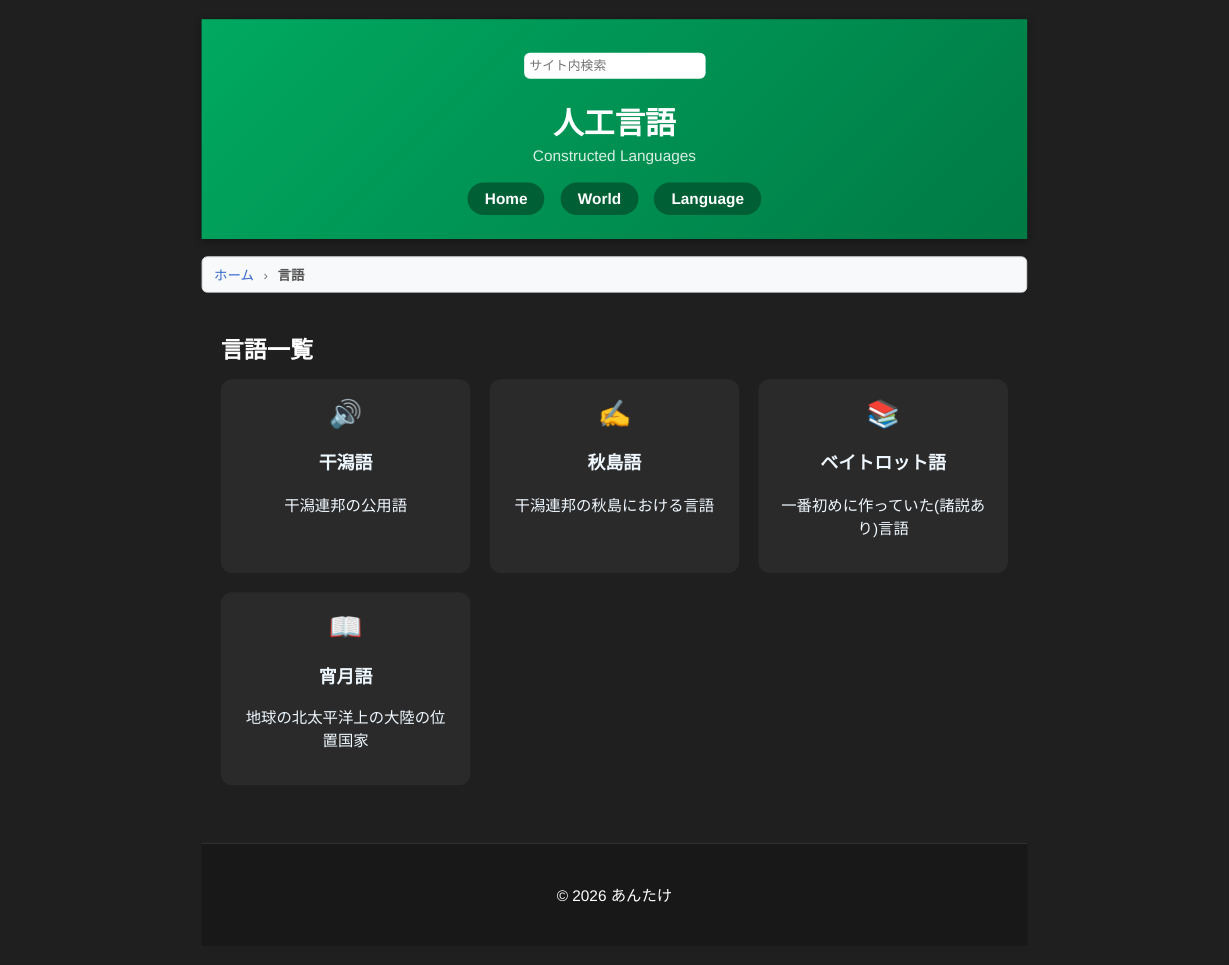
Repository: Player5270-antake/Player5270-antake.github.io
Page: language/index.html
An editor plug-in stored every save of this project. The page is shown before and after the next save, followed by the edit.
The browser window is 1280 px wide. The pictures show the whole page, at 96% of full size.

Above is the page before, as saved 2026-03-09 09:14:10.

### language/index.html
<!DOCTYPE html>
<html lang="ja">
<head>
    <meta charset="UTF-8">
    <meta name="viewport" content="width=device-width, initial-scale=1.0">
    <title>人工言語 | あんたけのガレージセンター</title>
    <link rel="stylesheet" href="../css/base.css">
    <link rel="stylesheet" href="../css/layout.css">
    <link rel="stylesheet" href="../css/header.css">
    <link rel="stylesheet" href="../css/mainpage.css">
</head>

<body>
    <div class="container">
        <header>
            <div class="search-box">
                <input type="text" id="searchInput" placeholder="サイト内検索">
                <div id="searchResults"></div>
            </div>
            <h1>人工言語</h1>
            <p>Constructed Languages</p>
            <nav class="header-nav">
                <a href="../">Home</a>
                <a href="../world/">World</a>
                <a href="index.html">Language</a>
            </nav>
        </header>
        <nav class="breadcrumb">
            <a href="../">ホーム</a>
            <span class="sep">›</span>
            <span class="current">言語</span>
        </nav>
        <main>
            <h2>言語一覧</h2>
            <div class="cards">
            <a href="hagalen/" class="card">
                <div class="card-icon">🔊</div>
                <h3>干潟語</h3>
                <p>干潟連邦の公用語</p>
            </a>
            <a href="akshalen/" class="card">
                <div class="card-icon">✍️</div>
                <h3>秋島語</h3>
                <p>干潟連邦の秋島における言語</p>
            </a>
            <a href="beytrotten/" class="card">
                <div class="card-icon">📚</div>
                <h3>ベイトロット語</h3>
                <p>一番初めに作っていた(諸説あり)言語</p>
            </a>
            <a href="yoizkel/" class="card">
                <div class="card-icon">📖</div>
                <h3>宵月語</h3>
                <p>地球の北太平洋上の大陸の位置国家</p>
            </a>
        </div>
        </main>
        <footer>
            <p>© 2026 あんたけ</p>
        </footer>
    </div>
    <script src="../javascript/main.js" defer></script>
    <script src="../javascript/search-data.js"></script>
    <script src="../javascript/search.js"></script>
</body>
</html>

### css/base.css
/* リセット・基本 */
*{
    box-sizing:border-box;
}

body{
    background-color:#1f1f1f;
    color:white;
    font-family:'Helvetica Neue','Helvetica','Arial',sans-serif;
    margin:0;
}

html{
    scroll-behavior:smooth;
}

.container{
    max-width:900px;
    margin:0 auto;
    padding:20px;
}

/* 見出し */
h2{
    margin-bottom:10px;
}

/* セクション */
section{
    margin-bottom:30px;
}

/*検索ボックス*/
.search-box{
    position:relative;
    margin-top:10px;
}

#searchInput{
    padding:6px;
    border-radius:6px;
    border:none;
}

#searchResults{
    position:absolute;
    background:#2a2a2a;
    width:200px;
    border-radius:6px;
    margin-top:4px;
}

#searchResults div{
    padding:6px;
}

#searchResults a{
    color:white;
    text-decoration:none;
}

/*スマホ対応*/
@media (max-width: 600px){

    header{
        padding:15px 10px;
    }

    header h1{
        font-size:22px;
    }

    .tagline{
        font-size:12px;
    }

    .header-nav a{
        display:block;
        margin:8px auto;
        width:120px;
    }

    main{
        padding:15px;
    }

    .breadcrumb{
        font-size:12px;
        padding:8px;
    }

    }

### css/layout.css
/* メイン */
main{
    max-width:900px;
    margin:auto;
    padding:20px;
    background-color:#1f1f1f;
}

/* フッター */
footer{
    margin-top:40px;
    padding:25px;
    text-align:center;
    background:#181818;
    border-top:1px solid #333;
}

.footer-nav{
    margin-top:10px;
}

.footer-nav a{
    text-decoration:none;
    color:#aaa;
    margin:0 10px;
}

.footer-nav a:hover{
    color:white;
}

/* スクロールバー */
.progress-bar{
    position:fixed;
    top:0;
    left:0;
    width:100%;
    height:4px;
    background:#2a2a2a;
    z-index:2000;
}

.progress{
    height:100%;
    width:0%;
    background:#4a90e2;
    transition:width 0.1s;
}

/*パンくずリスト*/
.breadcrumb {
    font-size: 14px;
    padding: 8px 12px;
    background: #f8f9fa;
    border: 1px solid #ddd;
    border-radius: 6px;
}

.breadcrumb a {
    text-decoration: none;
    color: #3366cc;
}

.breadcrumb a:hover {
    text-decoration: underline;
}

.breadcrumb .sep {
    margin: 0 6px;
    color: #777;
}

.breadcrumb .current {
    color: #555;
    font-weight: bold;
}

### css/header.css
header{
    background:linear-gradient(135deg,#00a960,#007a45);
    padding:25px;
    text-align:center;
    z-index:1000;
    box-shadow:0 2px 8px rgba(0,0,0,0.4);
}

header h1{
    margin-bottom:5px;
    font-size:32px;
}

header p{
    margin-top:0;
    opacity:0.85;
}

/* ナビ */
nav{
    margin-top:18px;
}

.header-nav a{
    text-decoration:none;
    color:white;
    background-color:#005f34;
    padding:8px 18px;
    margin:0 6px;
    border-radius:20px;
    font-weight:bold;
    display:inline-block;
}

.header-nav a:hover{
    background-color:#004d2b;
    transform:translateY(-2px);
}

### css/mainpage.css
/* ヘッダー追従 */
header{
    position:sticky;
    top:0;
}

/* お知らせ */
.news-list{
    list-style:none;
    padding:0;
    margin-top:10px;
}

.news-list li{
    background:#2a2a2a;
    padding:12px 15px;
    border-radius:8px;
    margin-bottom:10px;
}

/* カードUI */
.cards{
    display:grid;
    grid-template-columns:repeat(auto-fit,minmax(250px,1fr));
    gap:20px;
    margin-top:15px;
}

.card{
    display:block;
    background:#2a2a2a;
    padding:20px;
    border-radius:12px;
    text-decoration:none;
    color:aliceblue;
    transition:transform 0.2s, background 0.2s;
    text-align:center;
}

.card:hover{
    background:#333;
    transform:translateY(-3px);
    box-shadow:0 6px 18px rgba(0,0,0,0.4);
}

.card-icon{
    font-size:28px;
    margin-bottom:8px;
}

### javascript/search-data.js
const searchData = [
    {
    title:"干潟語",
    url:"/language/hagalen/",
    category:"language"
    },

    {
    title:"干潟連邦",
    url:"/world/hagal_byuje/",
    category:"world"
    }
];

### javascript/search.js
const input = document.getElementById("searchInput");
const results = document.getElementById("searchResults");

input.addEventListener("input", () => {

const keyword = input.value.toLowerCase();
results.innerHTML = "";

if(keyword.length === 0) return;

const filtered = searchData.filter(item =>
item.title.toLowerCase().includes(keyword)
);

filtered.forEach(item => {

const div = document.createElement("div");

div.innerHTML =
`<a href="${item.url}">${item.title}</a>`;

results.appendChild(div);

});

});

### javascript/main.js
const sections = document.querySelectorAll("section");

const observer = new IntersectionObserver(entries => {

entries.forEach(entry => {

if(entry.isIntersecting){

const id = entry.target.getAttribute("id");

highlightToc(id);

}

});

},{
rootMargin: "-40% 0px -55% 0px"
});

sections.forEach(section=>{
observer.observe(section);
});

After the next save:
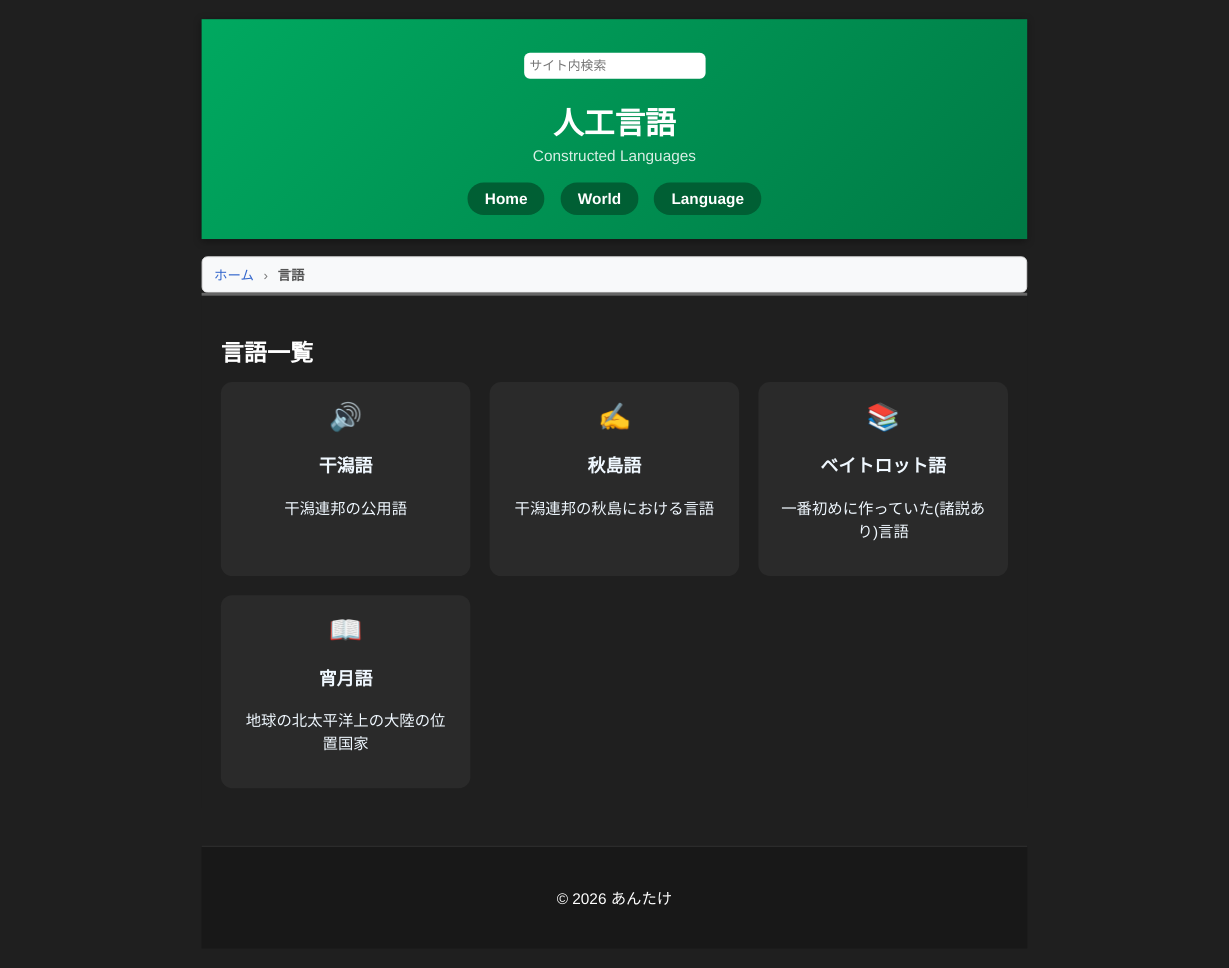
Saved 6 min 52 s later.
--- a/css/layout.css
+++ b/css/layout.css
@@ -3,6 +3,7 @@ main{
     max-width:900px;
     margin:auto;
     padding:20px;
+    border-top:3px solid #666;
     background-color:#1f1f1f;
 }
 
